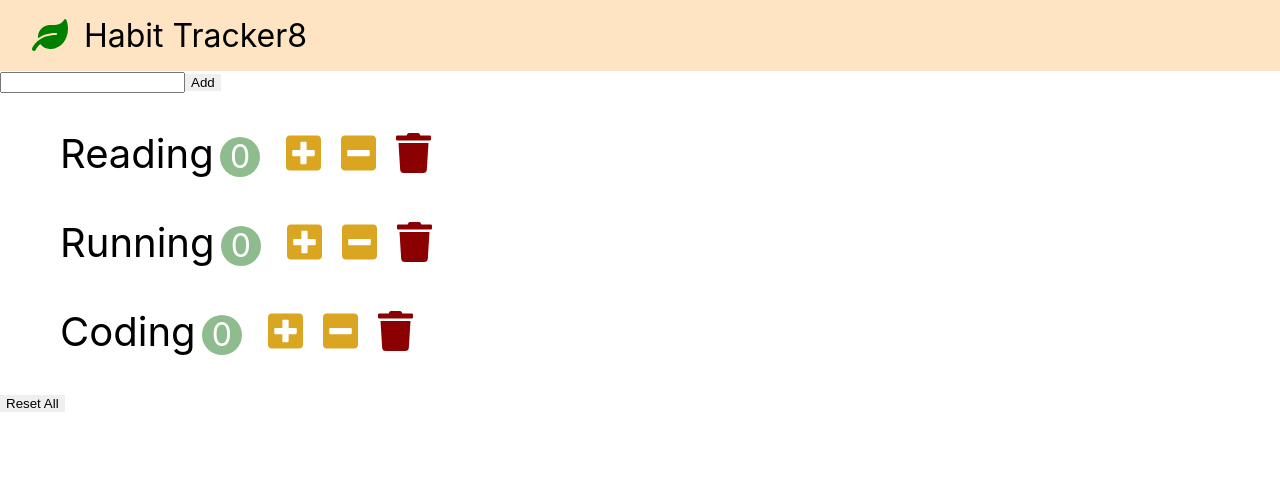
Repository: keehoonjung/react-habit-tracker
Page: / (app in react/habit-tracker/)
The author's editor kept a copy of each file at every save. The page is drawn from the files as they stood at one save, then again after the next save.
The browser window is 1280 px wide. The pictures show the whole page.
The project was rebuilt for these pictures with package versions that can differ from the ones it lists, and the page was loaded fresh each time.

Above is the page before, as saved 2021-08-30 18:30:59.

After the next save:
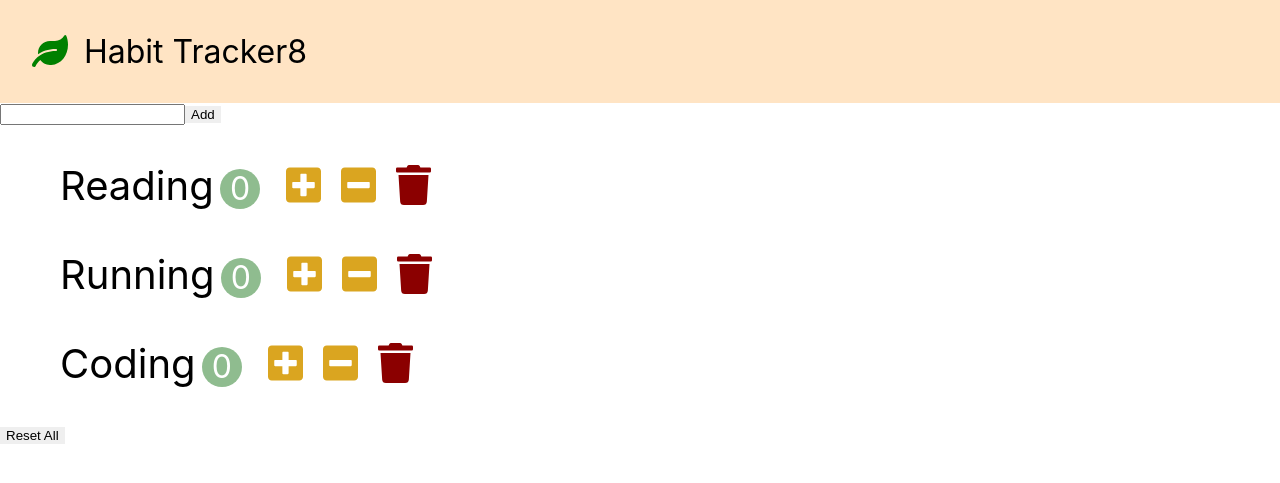
Saved 16 s later.
--- a/react/habit-tracker/src/app.css
+++ b/react/habit-tracker/src/app.css
@@ -7,7 +7,7 @@ button {
 .header {
   background-color: bisque;
   font-size: 2rem;
-  padding: 1rem 2rem;
+  padding: 2rem 2rem;
 }
 
 .fa-leaf {
